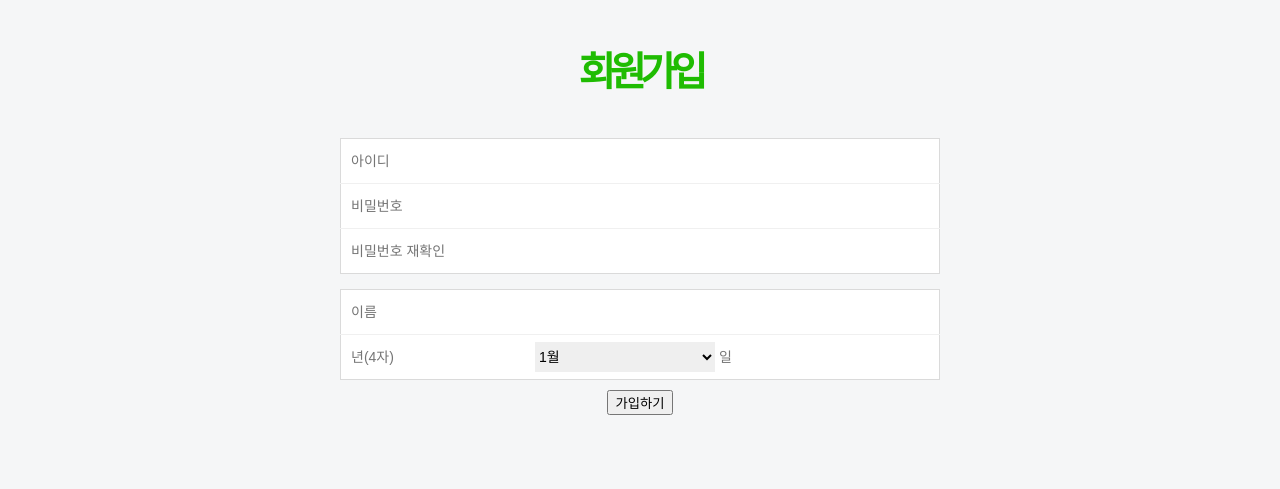
Repository: kimnafla11/webBack-end
Page: 1106/WebContent/login/signInForm.html
An editor plug-in stored every save of this project. The page is shown before and after the next save, followed by the edit.
The browser window is 1280 px wide. The pictures show the whole page.

Above is the page before, as saved 2019-11-06 03:22:20.

### 1106/WebContent/login/signInForm.html
<!doctype html>
<html>
<head>
<meta charset="utf-8">
<title>무제 문서</title>

<style type="text/css">
	body {
		background-color: #f5f6f7;
    	margin: 0;
	}
	div.container {
		margin: 0 auto 0;
    	width: 600px;
	}
	p.title {
		text-align: center;
		font-size: 40px;
		font-weight: bold;
		letter-spacing: -6px;
		color: #1fbc02;
	}

	.form-area table {
		background-color: #FFF;
    	border: 1px solid #dadada;
		margin-bottom: 15px;
		border-collapse: collapse;
		width: 100%;
	}
	.form-area table:last-child {
		margin-bottom: 0;
	}
	.form-area table tr td {
		border-bottom: 1px solid #f0f0f0;
    	padding: 5px 10px;
	}
	.form-area table tr:last-child td {
		border-bottom: 1px solid #dadada;
	}
	.input-text {
		border: none;
		height: 30px;
		padding: 2px 0px;
		width: 100%;
		font-size: 14px;
	}
	.input-text.birth {
		width: 180px;
	}
	.form-area table tr td select {
		width: 180px;
		border: none;
		height: 30px;
		padding: 2px 0px;
		font-size: 14px;
	}
	.form-area table tr td .alert {
		color: #ef0003;
		font-size: 12px;
		margin: 5px 0;
		display: none;
	}

	.button-area {
		text-align: center;
		padding: 10px 0;
	}
	.btn-type-01 {
		display: inline-block;
		width: 100%;
		font-size: 18px;
		letter-spacing: -1px;
		font-weight: bold;
		height: 60px;
		line-height: 55px;
		text-decoration: none;
		border-radius: 0;
		background-color: #1fbc02;
		color: #FFF;
	}
</style>
</head>
<body>
<form action = "signIn.jsp" method = "post">
	<div class="container">
		<p class="title">회원가입</p>
		<div class="form-area">
			<!-- ID, PWD -->
			<table>
				<tr>
					<td>
						<span>
							<input type="text" id="id" class="input-text" placeholder="아이디" maxlength="20" onfocusout="validateId()">
						</span>
						<div id="id_alert" class="alert">필수 정보입니다.</div>
					</td>
				</tr>
				<tr>
					<td>
						<span>
							<input type="password" id="password" class="input-text" placeholder="비밀번호" maxlength="20" onfocusout="validatePassword()">
						</span>
						<div id="password_alert" class="alert">필수 정보입니다.</div>
					</td>
				</tr>
				<tr>
					<td>
						<span>
							<input type="password" id="check_password" class="input-text" placeholder="비밀번호 재확인" maxlength="20" onfocusout="validatePassword()">
						</span>
						<div id="check_password_alert" class="alert">필수 정보입니다.</div>
					</td>
				</tr>
			</table>

			<!-- BASIC INFO -->
			<table>
				<tr>
					<td>
						<span>
							<input type="text" id="name" class="input-text" placeholder="이름" maxlength="15" onfocusout="validateName()">
						</span>
						<div id="name_alert" class="alert">필수 정보입니다.</div>
					</td>
				</tr>
				<tr>
					<td>
						<span>
							<input type="text" id="birth_year" class="input-text birth" placeholder="년(4자)" maxlength="4" onfocusout="validateBirth()">
						</span>
						<span>
							<select id="birth_month">
								<option value="1">1월</option>
								<option value="2">2월</option>
								<option value="3">3월</option>
								<option value="4">4월</option>
								<option value="5">5월</option>
								<option value="6">6월</option>
								<option value="7">7월</option>
								<option value="8">8월</option>
								<option value="9">9월</option>
								<option value="10">10월</option>
								<option value="11">11월</option>
								<option value="12">12월</option>
							</select>
						</span>
						<span>
							<input type="text" id="birth_day" class="input-text birth" placeholder="일" maxlength="2" onfocusout="validateBirth()">
						</span>
						<div id="birth_alert" class="alert">태어난 년도 4자리를 정확하게 입력하세요.</div>
					</td>
				</tr>
			</table>
		</div>
		<div class="button-area">
			<input type = "submit" value = "가입하기">
		</div>
	</div>
</form>
</body>

<script type="text/javascript">

	function validateId() {
		var id = document.getElementById('id').value.trim();
		var alertEl = document.getElementById('id_alert');

		// 입력 여부 검증
		if (id.length == 0) {
			alertEl.innerHTML = '필수 정보입니다.';
			alertEl.style.display = 'block';

			return false;
		}

		// 길이 검증
		if (id.length < 5) {
			alertEl.innerHTML = '아이디는 5글자 이상 입력해주세요.';
			alertEl.style.display = 'block';

			return false;
		}

		// 대소문자, 숫자 입력 검증
		if (!/^[A-Za-z0-9]*$/.test(id)) {
			alertEl.innerHTML = '아이디는 영문 대문자,소문자, 숫자만 입력 가능합니다.';
			alertEl.style.display = 'block';

			return false;
		}

		alertEl.style.display = 'none';
	}

	function validatePassword() {
		var password = document.getElementById('password').value.trim();
		var cPassword = document.getElementById('check_password').value.trim();
		var alertEl = document.getElementById('password_alert');
		var cAlertEl = document.getElementById('check_password_alert');

		// 비밀번호 입력 여부 검증
		if (password.length == 0) {
			alertEl.innerHTML = '필수 정보입니다.';
			alertEl.style.display = 'block';

			return false;
		}

		// 비밀번호 길이 검증
		if (password.length < 5) {
			alertEl.innerHTML = '비밀번호는 5글자 이상 입력해주세요.';
			alertEl.style.display = 'block';

			return false;
		}

		// 비밀번호 대소문자, 숫자 입력 검증
		if (!/^[A-Za-z0-9]*$/.test(password)) {
			alertEl.innerHTML = '비밀번호는 영문 대문자,소문자, 숫자만 입력 가능합니다.';
			alertEl.style.display = 'block';

			return false;
		}

		// 비밀번호 확인 입력 여부 검증
		if (cPassword.length == 0) {
			cAlertEl.innerHTML = '필수 정보입니다.';
			cAlertEl.style.display = 'block';

			return false;
		}

		// 비밀번호 확인 길이 검증
		if (cPassword.length < 5) {
			cAlertEl.innerHTML = '비밀번호는 5글자 이상 입력해주세요.';
			cAlertEl.style.display = 'block';

			return false;
		}

		// 비밀번호 확인 대소문자, 숫자 입력 검증
		if (!/^[A-Za-z0-9]*$/.test(cPassword)) {
			cAlertEl.innerHTML = '비밀번호는 영문 대문자,소문자, 숫자만 입력 가능합니다.';
			cAlertEl.style.display = 'block';

			return false;
		}

		// 비밀번호, 비밀번호 확인 검증
		if (password != cPassword) {
			cAlertEl.innerHTML = '비밀번호가 일치하지 않습니다.';
			cAlertEl.style.display = 'block';

			return false;
		}

		alertEl.style.display = 'none';
		cAlertEl.style.display = 'none';
	}

	function validateName() {
		var name = document.getElementById('name').value.trim();
		var alertEl = document.getElementById('name_alert');

		// 입력 여부 검증
		if (name.length == 0) {
			alertEl.innerHTML = '필수 정보입니다.';
			alertEl.style.display = 'block';

			return false;
		}

		alertEl.style.display = 'none';
	}

	function validateBirth() {
		var birthYear = document.getElementById('birth_year').value.trim();
		var birthDay = document.getElementById('birth_day').value.trim();
		var alertEl = document.getElementById('birth_alert');

		if (birthYear.length == 0) {
			alertEl.innerHTML = '태어난 년도 4자리를 입력해주세요.';
			alertEl.style.display = 'block';

			return false;
		}

		if (birthDay.length == 0) {
			alertEl.innerHTML = '태어난 일자를 입력해주세요.';
			alertEl.style.display = 'block';

			return false;
		}

		if (!/^[0-9]*$/.test(birthYear)) {
			birth_alert.innerHTML = '태어난 년도는 숫자만 입력 가능합니다.';
			birth_alert.style.display = 'block';

			return false;
		}

		if (!/^[0-9]*$/.test(birthDay)) {
			birth_alert.innerHTML = '태어난 일자는 숫자만 입력 가능합니다.';
			birth_alert.style.display = 'block';

			return false;
		}

		alertEl.style.display = 'none';
	}
</script>
</html>

After the next save:
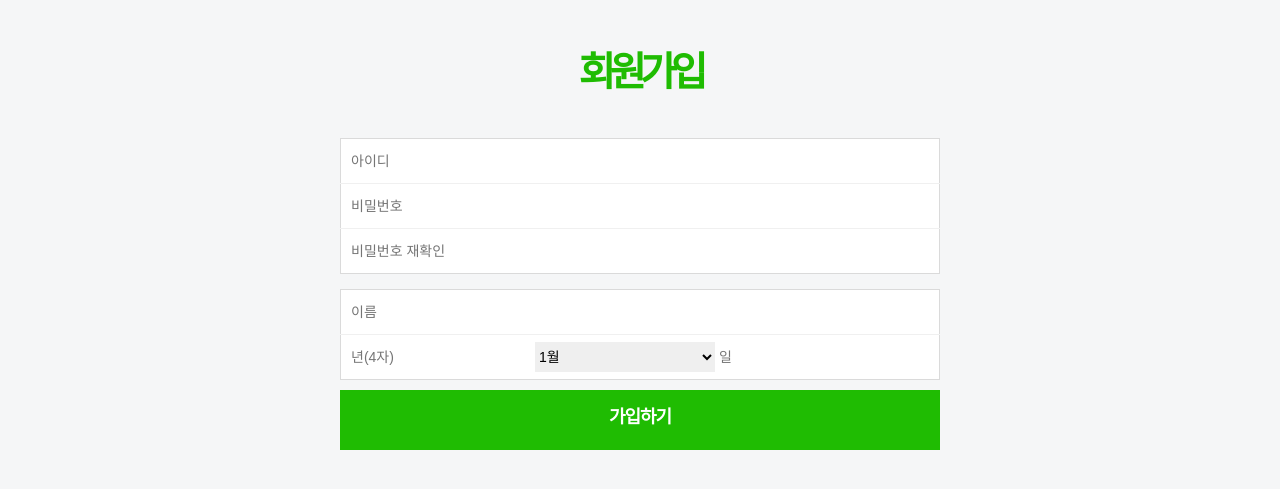
Saved 43 s later.
--- a/1106/WebContent/login/signInForm.html
+++ b/1106/WebContent/login/signInForm.html
@@ -154,7 +154,7 @@
 			</table>
 		</div>
 		<div class="button-area">
-			<input type = "submit" value = "가입하기">
+			<a href="" class="btn-type-01">가입하기</a>
 		</div>
 	</div>
 </form>

After the 3 saves that followed:
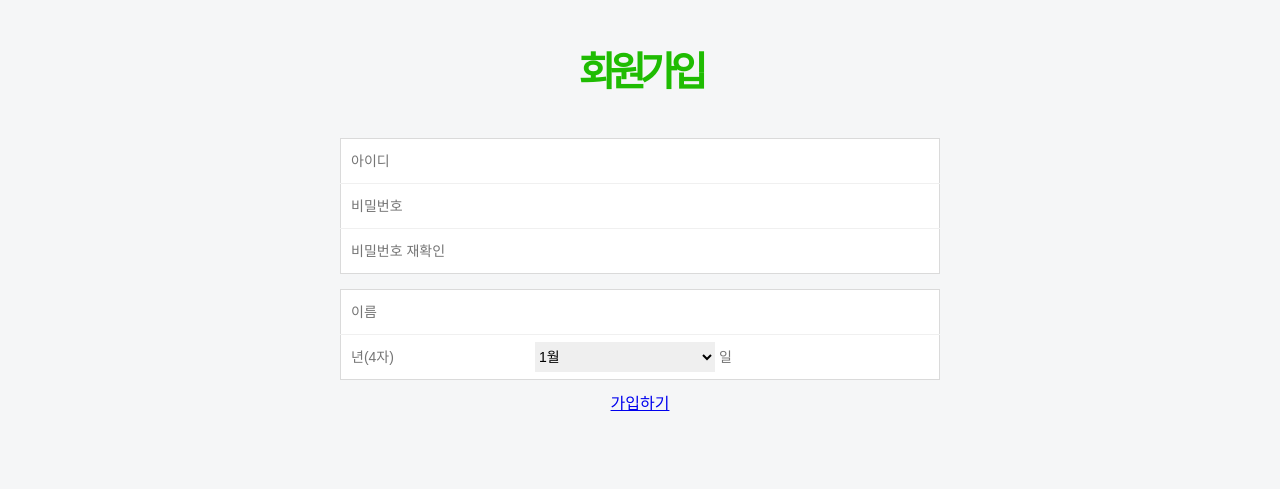
The 3 saves are shown as one change because 2 left the picture as it was.
The last was saved 2 min 57 s later.
--- a/1106/WebContent/login/signInForm.html
+++ b/1106/WebContent/login/signInForm.html
@@ -154,7 +154,7 @@
 			</table>
 		</div>
 		<div class="button-area">
-			<a href="" class="btn-type-01">가입하기</a>
+			<a href="http://localhost:8080/1106/login/signIn.jsp?userId="+id+ "&userPw="+userPw+; class="btn-type-01">가입하기</a>
 		</div>
 	</div>
 </form>
